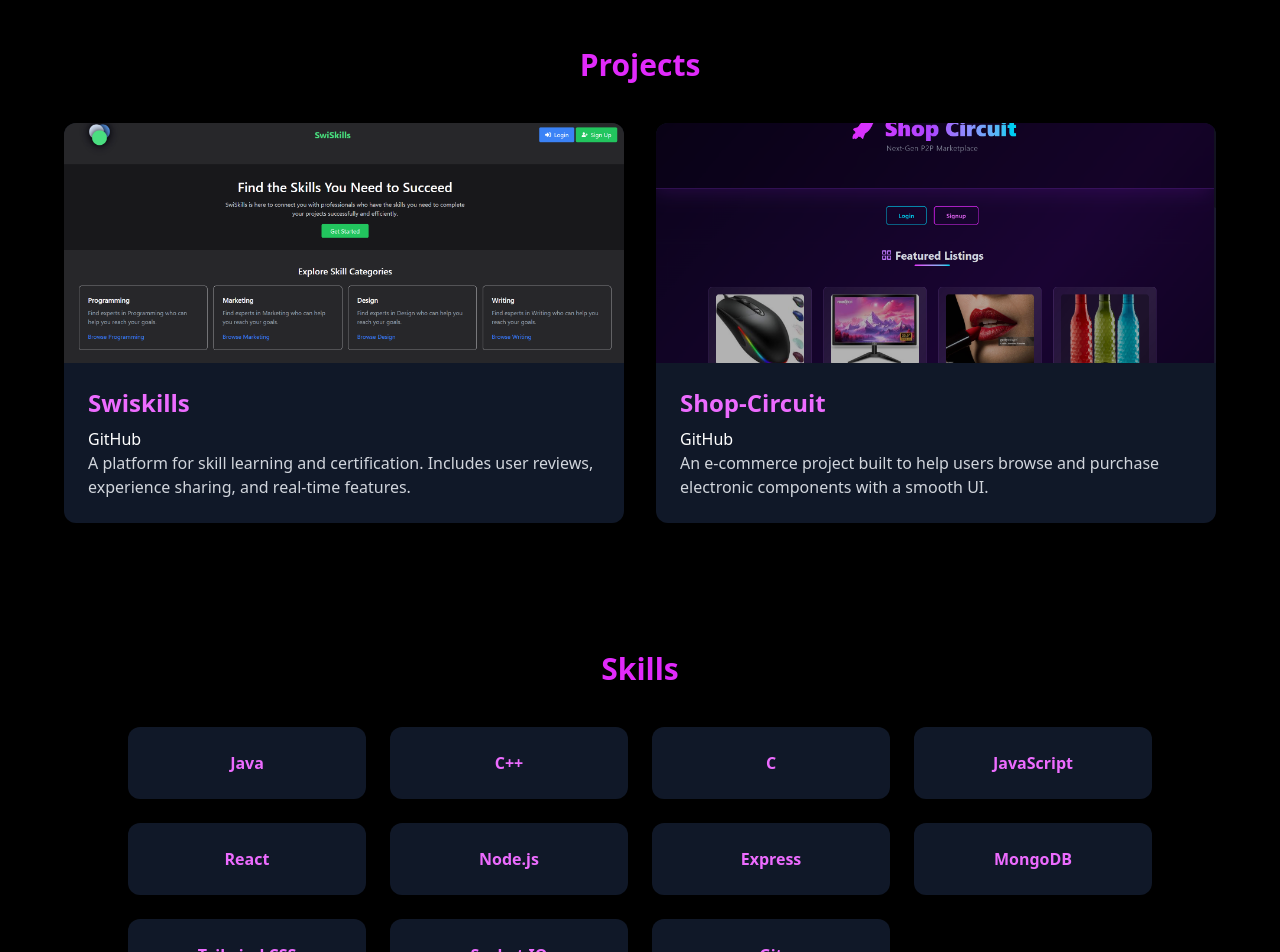
Repository: abhaysharma20233009/portfolio
Page: /
These files come from the project's save history. The page is drawn as it stood at one moment and after the next save; the edit follows.
The browser window is 1280 px wide. The pictures show the part of the page from y = 737 to 1689 px (the page is 1996 px tall).
The project was rebuilt for these pictures with package versions that can differ from the ones it lists, and the page was loaded fresh each time. Also part of the build but not shown: vite.config.js, src/App.css. Imported but missing from the stored project, and not drawn on this page: src/assets/bg.mp4.

Above is the page before, as saved 2025-05-20 17:55:36.

After the next save:
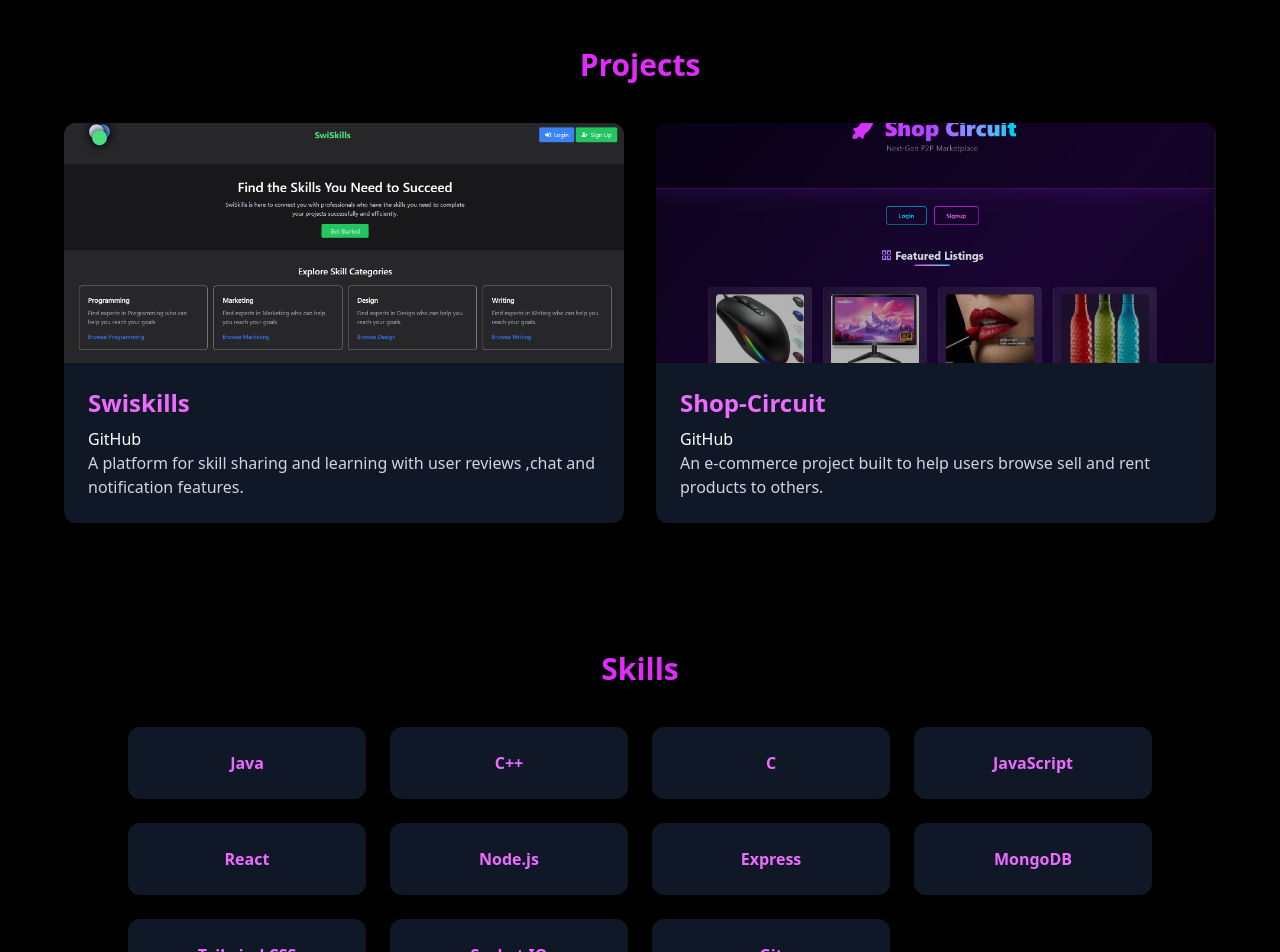
Saved 99 s later.
--- a/src/App.jsx
+++ b/src/App.jsx
@@ -50,7 +50,7 @@ function App() {
               <h3 className="text-2xl font-semibold text-fuchsia-400 mb-2">Swiskills</h3>
                <a href="https://github.com/abhaysharma20233009/swiskills">GitHub</a>
               <p className="text-gray-300">
-                A platform for skill learning and certification. Includes user reviews, experience sharing, and real-time features.
+                A platform for skill sharing and learning with user reviews ,chat and notification features.
               </p>
             </div>
           </div>
@@ -62,7 +62,7 @@ function App() {
               <h3 className="text-2xl font-semibold text-fuchsia-400 mb-2">Shop-Circuit</h3>
               <a href="https://github.com/abhaysharma20233009/Shop-Circuit">GitHub</a>
               <p className="text-gray-300">
-                An e-commerce project built to help users browse and purchase electronic components with a smooth UI.
+                An e-commerce project built to help users browse sell and rent products to others.
               </p>
             </div>
           </div>
